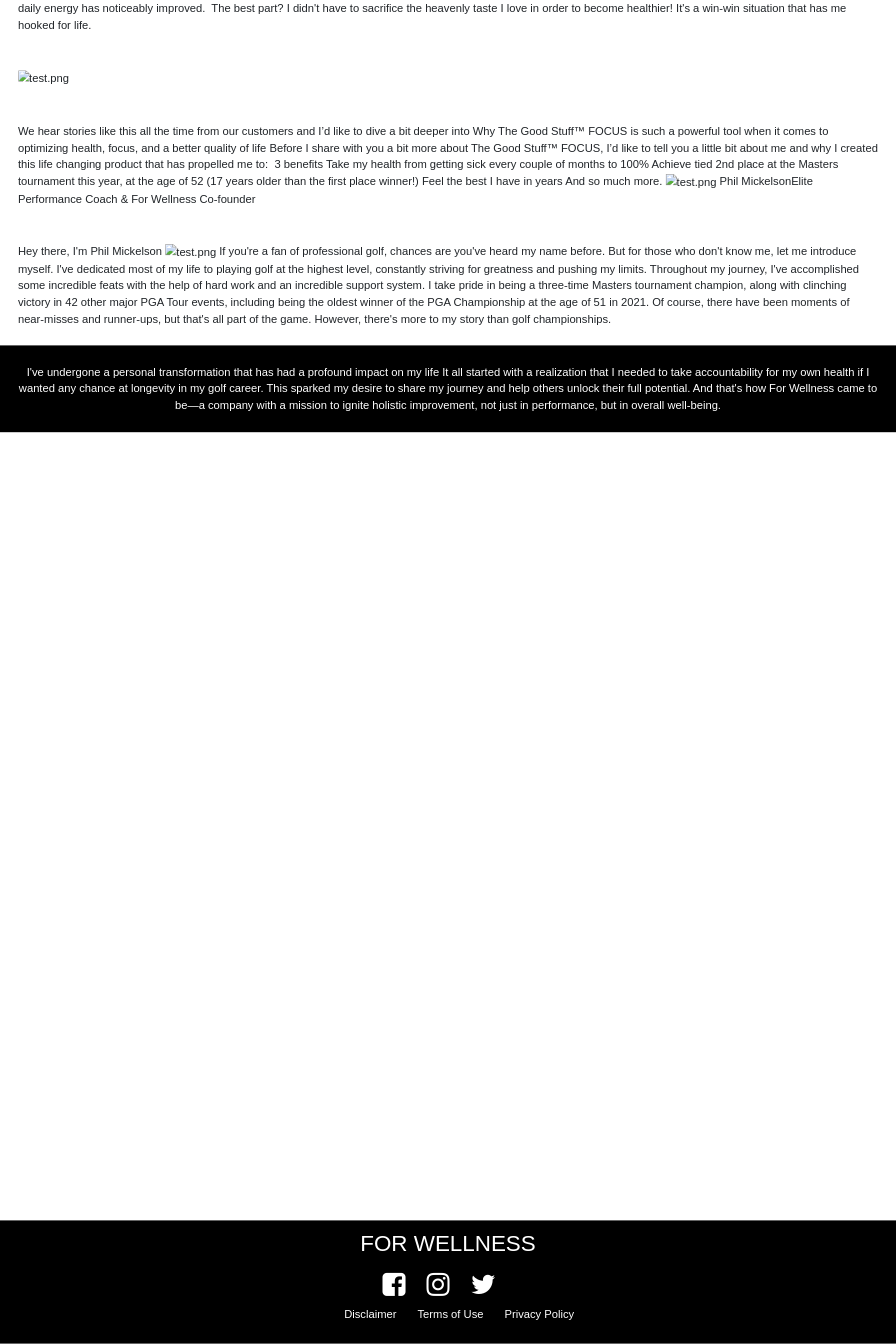
Repository: dariusprince90/wellness-landing
Page: index.html
The author's editor kept a copy of each file at every save. The page is drawn from the files as they stood at one save, then again after the next save.
The browser window is 1280 px wide. The pictures show the part of the page from y = 1178 to 3098 px (the page is 3098 px tall), at 70% of full size.

Above is the page before, as saved 2023-07-25 16:00:59.

After the next save:
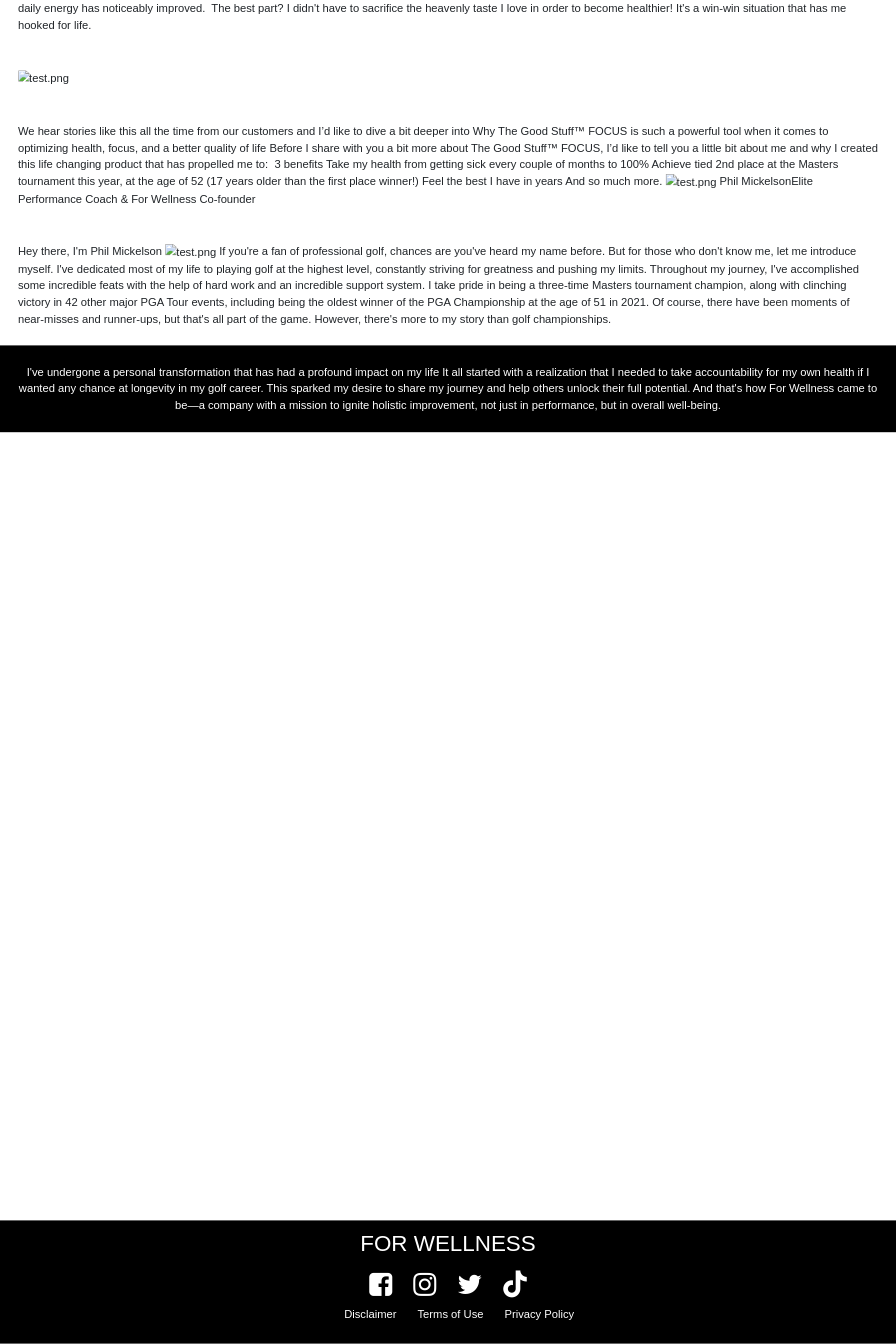
Saved 72 s later.
--- a/index.html
+++ b/index.html
@@ -10,7 +10,7 @@
   <!-- Bootstrap CSS v5.2.1 -->
   <link href="https://cdn.jsdelivr.net/npm/bootstrap@5.2.1/dist/css/bootstrap.min.css" rel="stylesheet"
     integrity="sha384-iYQeCzEYFbKjA/T2uDLTpkwGzCiq6soy8tYaI1GyVh/UjpbCx/TYkiZhlZB6+fzT" crossorigin="anonymous">
-
+    <link rel="stylesheet" href="https://cdnjs.cloudflare.com/ajax/libs/font-awesome/6.4.0/css/all.min.css" integrity="sha512-iecdLmaskl7CVkqkXNQ/ZH/XLlvWZOJyj7Yy7tcenmpD1ypASozpmT/E0iPtmFIB46ZmdtAc9eNBvH0H/ZpiBw==" crossorigin="anonymous" referrerpolicy="no-referrer" />
     <link rel="stylesheet" href="https://maxcdn.bootstrapcdn.com/font-awesome/4.7.0/css/font-awesome.min.css">
     <link rel="stylesheet" href="css/styles.css">
 
